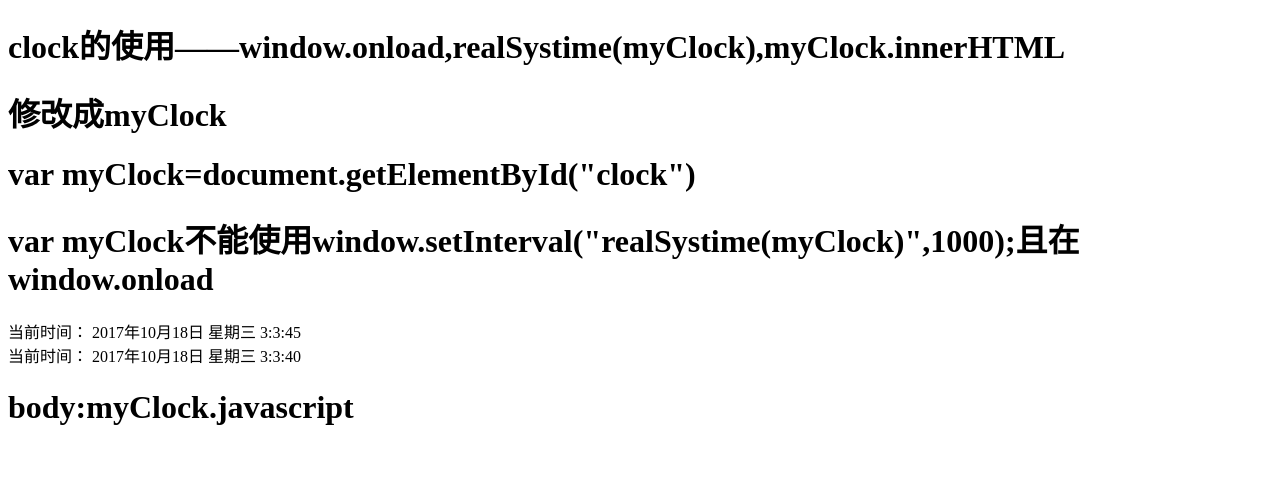
Repository: bookFireFly/bookFireFly
Page: JavaScriptMingriBook/Main/10实时显示系统时间.html
The author's editor kept a copy of each file at every save. The page is drawn from the files as they stood at one save, then again after the next save.
The browser window is 1280 px wide. The pictures show the whole page.

Above is the page before, as saved 2017-10-20 09:40:23.

### JavaScriptMingriBook/Main/10实时显示系统时间.html
<!DOCTYPE html>
<html>
<head>
<meta charset="UTF-8">
<script type="text/javascript">
function realSystime(clock){
	var now=new Date();
	var year=now.getFullYear();
	var month=now.getMonth();
	var date=now.getDate();
	var day=now.getDay();
	var hour=now.getHours();
	var minu=now.getMinutes();
	var sec=now.getSeconds();
	month=month+1
	var arr_week=new Array("星期日","星期一","星期二","星期三","星期四","星期五","星期六")
	var week=arr_week[day];
	var time=year+"年"+month+"月"+date+"日 "+week+" "+hour+":"+minu+":"+sec;
	clock.innerHTML="当前时间： "+time;
}
window.onload=function(){
	window.setInterval("realSystime(clock)",1000);
// 	var myIntervalClock;	//可注释，id改myClock
// 	window.setInterval(myIntervalClock=document.getElementById(myclock),1000)
// 	myClock.innerHTML="当前时间： ";
//  	window.setInterval("realSystime(myClock)",1000);
// 	realSystime(myClock);
}
</script>
<title>实时显示系统时间</title>
</head>
<body>
<h1>clock的使用——window.onload,realSystime(myClock),myClock.innerHTML</h1>
<h1>修改成myClock</h1>
<h1>var myClock=document.getElementById("clock")</h1>
<h1>var myClock不能使用window.setInterval("realSystime(myClock)",1000);且在window.onload</h1>
<div id="clock"></div>
<div id="myOnceClock"></div>
<h1>body:myClock.javascript</h1>
<script type="text/javascript">
	realSystime(myOnceClock);
</script>
</body>
</html>

After the next save:
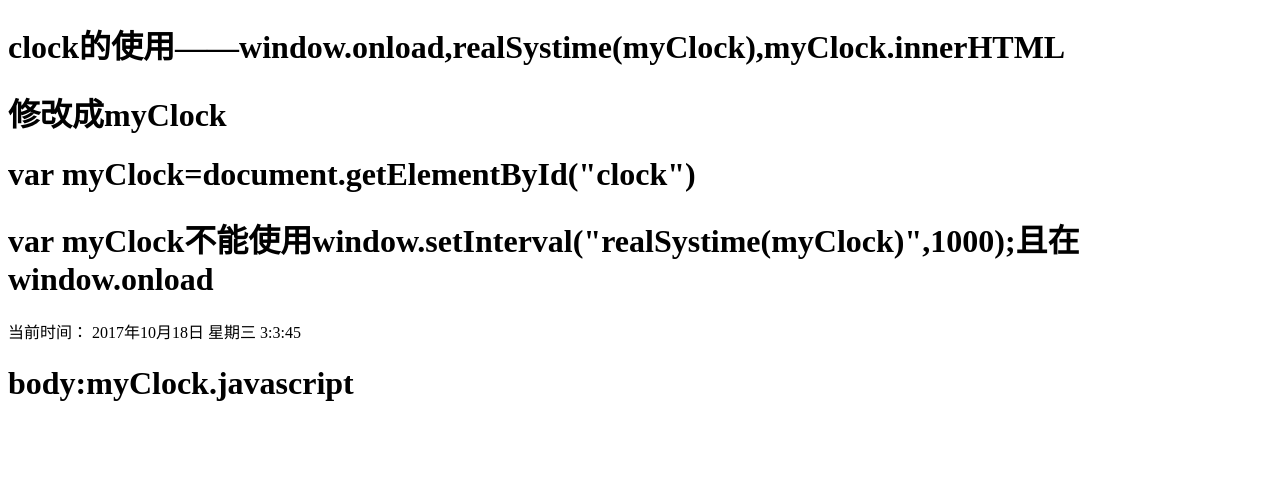
Console error: ReferenceError: myOnceClock is not defined
Saved 27 s later.
--- a/JavaScriptMingriBook/Main/10实时显示系统时间.html
+++ b/JavaScriptMingriBook/Main/10实时显示系统时间.html
@@ -35,10 +35,10 @@
 <h1>var myClock=document.getElementById("clock")</h1>
 <h1>var myClock不能使用window.setInterval("realSystime(myClock)",1000);且在window.onload</h1>
 <div id="clock"></div>
-<div id="myOnceClock"></div>
 <h1>body:myClock.javascript</h1>
 <script type="text/javascript">
 	realSystime(myOnceClock);
 </script>
+<div id="myOnceClock"></div>
 </body>
 </html>

After the save that followed:
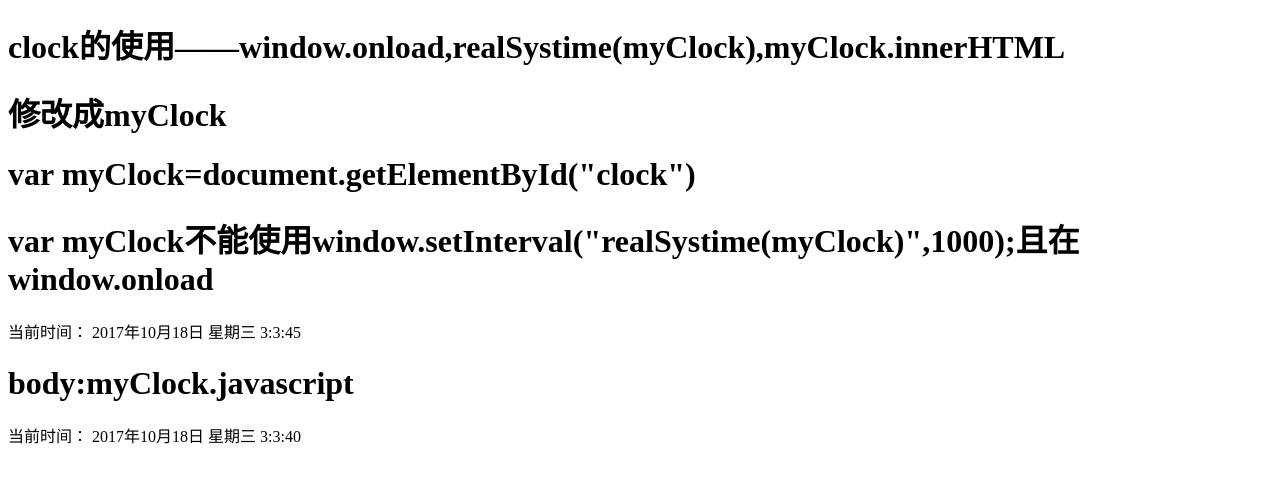
The error is gone.
Saved 18 s later.
--- a/JavaScriptMingriBook/Main/10实时显示系统时间.html
+++ b/JavaScriptMingriBook/Main/10实时显示系统时间.html
@@ -36,9 +36,9 @@
 <h1>var myClock不能使用window.setInterval("realSystime(myClock)",1000);且在window.onload</h1>
 <div id="clock"></div>
 <h1>body:myClock.javascript</h1>
+<div id="myOnceClock"></div>
 <script type="text/javascript">
 	realSystime(myOnceClock);
 </script>
-<div id="myOnceClock"></div>
 </body>
 </html>
